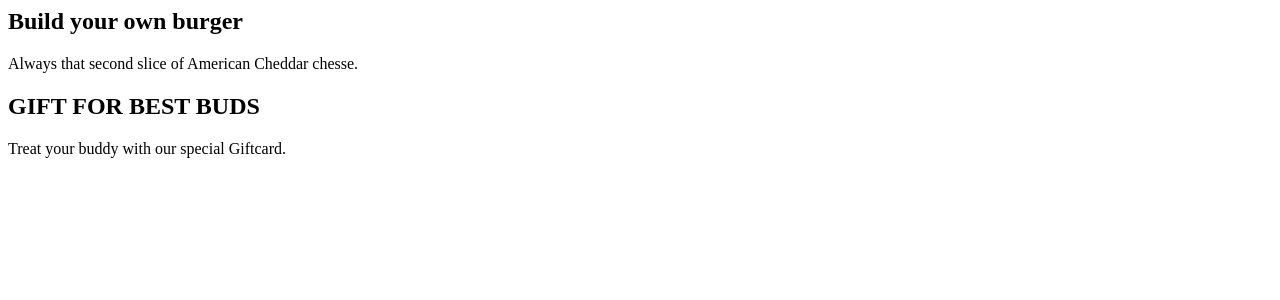
Repository: allankchow/big-boy-burgers
Page: http://localhost/template-parts/home/content-two_cards.php
These files come from the project's save history. The page is drawn as it stood at one moment and after a run of saves; the edit follows.
The browser window is 1280 px wide. The pictures show the whole page.
The page is run by PHP 8.4 with error messages shown; the project is at /var/www/html/.

Above is the page before, as saved 2024-04-22 22:12:17.

After the next 2 saves:
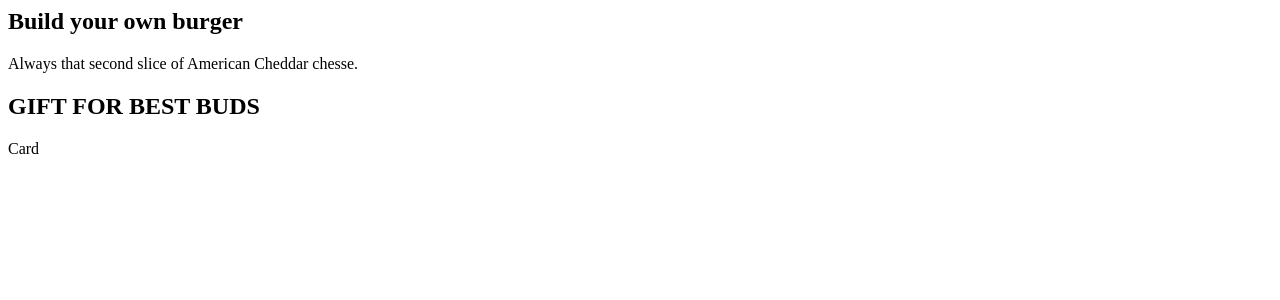
The 2 saves are shown as one change because they came seconds apart.
The last was saved 20 s later.
--- a/template-parts/home/content-two_cards.php
+++ b/template-parts/home/content-two_cards.php
@@ -10,7 +10,7 @@
         <div class="card-image card-image-2"></div>
         <div class="card-content">
             <h2>GIFT FOR BEST BUDS</h2>
-            <p>Treat your buddy with our special Giftcard.</p>
+            Card
         </div>
 
     </div>
